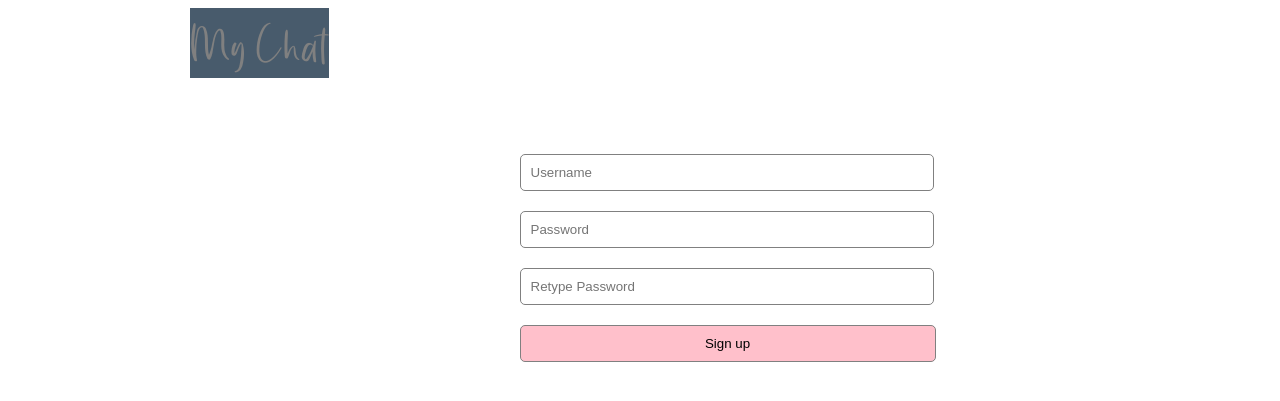
Repository: chathura226/SeekWork_Group_Project_I
Page: http://localhost/signup.php
An editor plug-in stored every save of this project. The page is shown before and after the next save, followed by the edit.
The browser window is 1280 px wide. The pictures show the whole page.
The page is run by PHP 8.4 with error messages shown; the project is at /var/www/html/.

Above is the page before, as saved 2023-12-05 20:50:15.
Console error: TypeError: Cannot read properties of null (reading 'addEventListener')

After the next save:
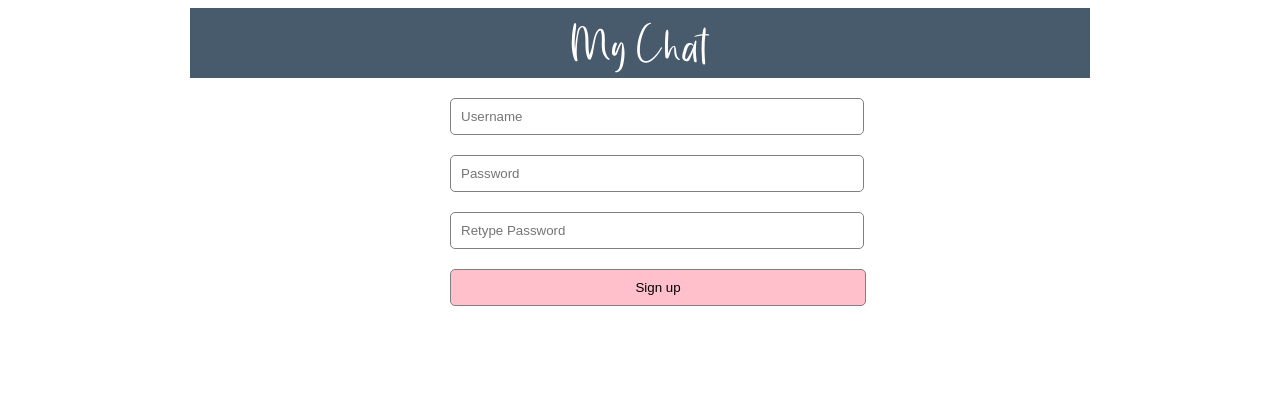
Saved 90 s later.
--- a/chat/signup.php
+++ b/chat/signup.php
@@ -21,7 +21,6 @@
 
             max-width: 900px;
             min-height: 500px;
-            display: flex;
             margin:auto;
             color:grey;
             font-family:myfont;
@@ -56,6 +55,8 @@
             font-size:40px;
             text-align:center;
             font-family:headFont;
+            width:100%;
+            color:white;
 
 
         }
